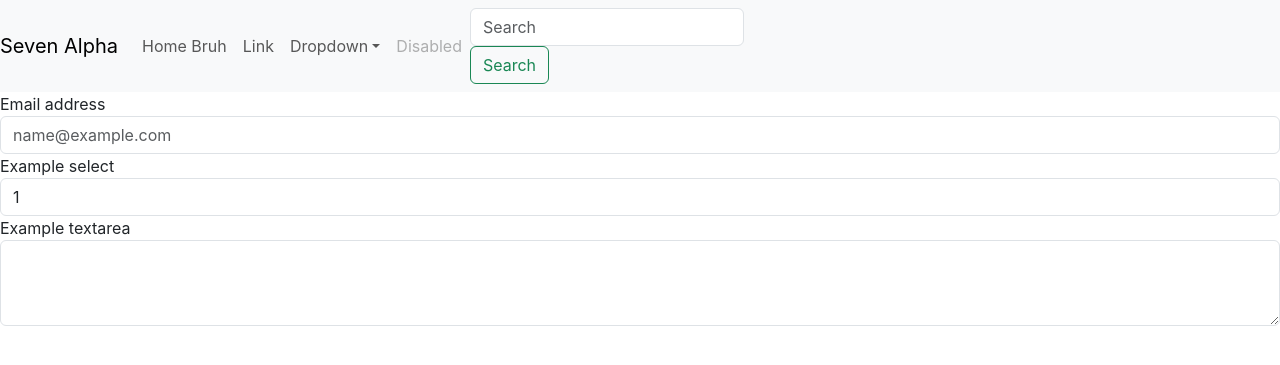
Repository: Shubham-tawar/Text-editor
Page: /
An editor plug-in stored every save of this project. The page is shown before and after the next save, followed by the edit.
The browser window is 1280 px wide. The pictures show the whole page.
The project was rebuilt for these pictures with package versions that can differ from the ones it lists, and the page was loaded fresh each time. Also part of the build but not shown: src/App.css.

Above is the page before, as saved 2025-07-05 16:52:08.

### public/index.html
<!DOCTYPE html>
<html lang="en">
  <head>
    <meta charset="utf-8" />
    <link rel="icon" href="%PUBLIC_URL%/favicon.ico" />
    <meta name="viewport" content="width=device-width, initial-scale=1" />
    <meta name="theme-color" content="#000000" />
    <meta
      name="description"
      content="Web site created using create-react-app"
    />
    <link rel="apple-touch-icon" href="%PUBLIC_URL%/logo192.png" />
    <!--
      manifest.json provides metadata used when your web app is installed on a
      user's mobile device or desktop. See https://developers.google.com/web/fundamentals/web-app-manifest/
    -->
    <link rel="manifest" href="%PUBLIC_URL%/manifest.json" />
    <!--
      Notice the use of %PUBLIC_URL% in the tags above.
      It will be replaced with the URL of the `public` folder during the build.
      Only files inside the `public` folder can be referenced from the HTML.

      Unlike "/favicon.ico" or "favicon.ico", "%PUBLIC_URL%/favicon.ico" will
      work correctly both with client-side routing and a non-root public URL.
      Learn how to configure a non-root public URL by running `npm run build`.
    -->
    <link href="https://cdn.jsdelivr.net/npm/bootstrap@5.3.7/dist/css/bootstrap.min.css" rel="stylesheet" integrity="sha384-LN+7fdVzj6u52u30Kp6M/trliBMCMKTyK833zpbD+pXdCLuTusPj697FH4R/5mcr" crossorigin="anonymous">
    <title>React App</title>
  </head>
  <body>
    <noscript>You need to enable JavaScript to run this app.</noscript>
    <div id="root"></div>
    <!--
      This HTML file is a template.
      If you open it directly in the browser, you will see an empty page.

      You can add webfonts, meta tags, or analytics to this file.
      The build step will place the bundled scripts into the <body> tag.

      To begin the development, run `npm start` or `yarn start`.
      To create a production bundle, use `npm run build` or `yarn build`.
    -->
      <script src="https://cdn.jsdelivr.net/npm/bootstrap@5.3.7/dist/js/bootstrap.bundle.min.js" integrity="sha384-ndDqU0Gzau9qJ1lfW4pNLlhNTkCfHzAVBReH9diLvGRem5+R9g2FzA8ZGN954O5Q" crossorigin="anonymous"></script>
  </body>
</html>

### src/App.js

import './App.css';
import Navbar from './components/Navbar';
import Textform from './components/Textform';

function App() {
  return (
    <>
    <Navbar title="Seven Alpha" aboutText="Bruh"/>
    <Textform/>
    </>
  );
}

export default App;

### src/components/Navbar.js
import React from 'react'
import PropTypes from 'prop-types'
export default function Navbar(props) {
  return (
    <nav className="navbar navbar-expand-lg navbar-light bg-light">
      <a className="navbar-brand" href="/">{props.title}</a>
      <button className="navbar-toggler" type="button" data-toggle="collapse" data-target="#navbarSupportedContent" aria-controls="navbarSupportedContent" aria-expanded="false" aria-label="Toggle navigation">
        <span className="navbar-toggler-icon"></span>
      </button>

      <div className="collapse navbar-collapse" id="navbarSupportedContent">
        <ul className="navbar-nav mr-auto">
          <li className="nav-item active">
            <a className="nav-link" href="/">Home <span className="sr-only">{props.aboutText}</span></a>
          </li>
          <li className="nav-item">
            <a className="nav-link" href="/">Link</a>
          </li>
          <li className="nav-item dropdown">
            <a className="nav-link dropdown-toggle" href="/" id="navbarDropdown" role="button" data-toggle="dropdown" aria-haspopup="true" aria-expanded="false">
              Dropdown
            </a>
            <div className="dropdown-menu" aria-labelledby="navbarDropdown">
              <a className="dropdown-item" href="/">Action</a>
              <a className="dropdown-item" href="/">Another action</a>
              <div className="dropdown-divider"></div>
              <a className="dropdown-item" href="/">Something else here</a>
            </div>
          </li>
          <li className="nav-item">
            <a className="nav-link disabled" href="/">Disabled</a>
          </li>
        </ul>
        <form className="form-inline my-2 my-lg-0">
          <input className="form-control mr-sm-2" type="search" placeholder="Search" aria-label="Search"/>
          <button className="btn btn-outline-success my-2 my-sm-0" type="submit">Search</button>
        </form>
      </div>
    </nav>
  )
}

Navbar.prototypes = {
    title: PropTypes.string,
    aboutText: PropTypes.string
}

### src/components/Textform.js
import React from 'react'
import PropTypes from 'prop-types'

export default function Textform() {
  return (
    <form>
        <div class="form-group">
            <label for="exampleFormControlInput1">Email address</label>
            <input type="email" class="form-control" id="exampleFormControlInput1" placeholder="name@example.com"/>
        </div>
        <div class="form-group">
            <label for="exampleFormControlSelect1">Example select</label>
            <select class="form-control" id="exampleFormControlSelect1">
            <option>1</option>
            <option>2</option>
            <option>3</option>
            <option>4</option>
            <option>5</option>
            </select>
        </div>

        <div class="form-group">
            <label for="exampleFormControlTextarea1">Example textarea</label>
            <textarea class="form-control" id="exampleFormControlTextarea1" rows="3"></textarea>
        </div>
    </form>
  )
}

Textform.propTypesropTypes = {
    heading: PropTypes.string
}

Loaded but not shown: src/index.js (common file); src/index.css (common file); src/reportWebVitals.js (common file)

After the next save:
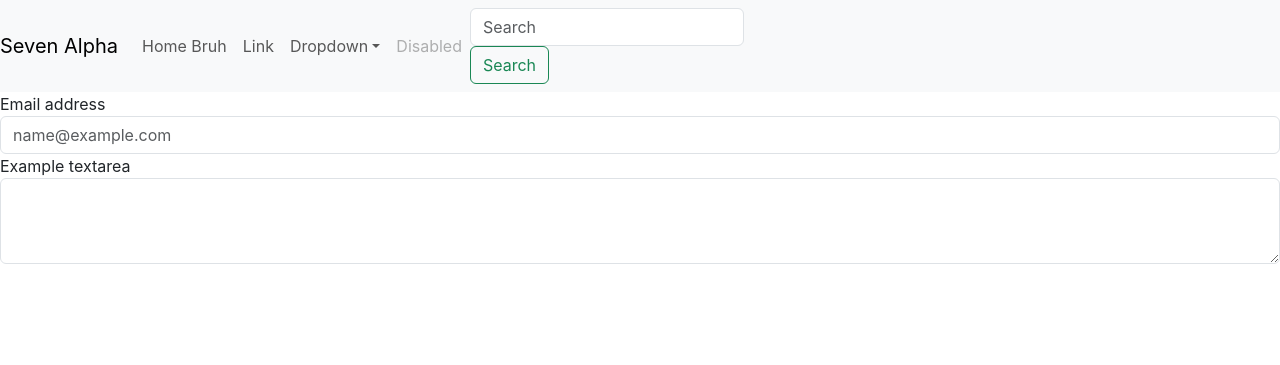
Saved 5 s later.
--- a/src/components/Textform.js
+++ b/src/components/Textform.js
@@ -8,16 +8,7 @@ export default function Textform() {
             <label for="exampleFormControlInput1">Email address</label>
             <input type="email" class="form-control" id="exampleFormControlInput1" placeholder="name@example.com"/>
         </div>
-        <div class="form-group">
-            <label for="exampleFormControlSelect1">Example select</label>
-            <select class="form-control" id="exampleFormControlSelect1">
-            <option>1</option>
-            <option>2</option>
-            <option>3</option>
-            <option>4</option>
-            <option>5</option>
-            </select>
-        </div>
+
 
         <div class="form-group">
             <label for="exampleFormControlTextarea1">Example textarea</label>
